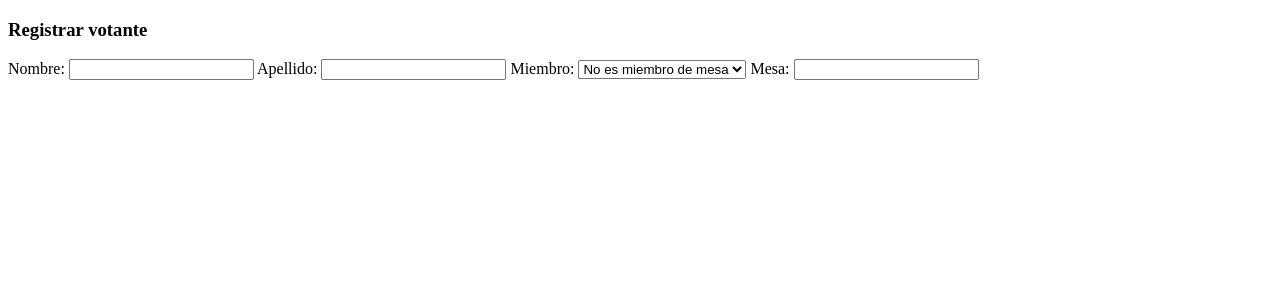
Repository: quino22/ulasalle
Page: ev3-70391273/war/registrar.html
The author's editor kept a copy of each file at every save. The page is drawn from the files as they stood at one save, then again after the next save.
The browser window is 1280 px wide. The pictures show the whole page.

Above is the page before, as saved 2016-11-04 21:10:55.

After the next save:
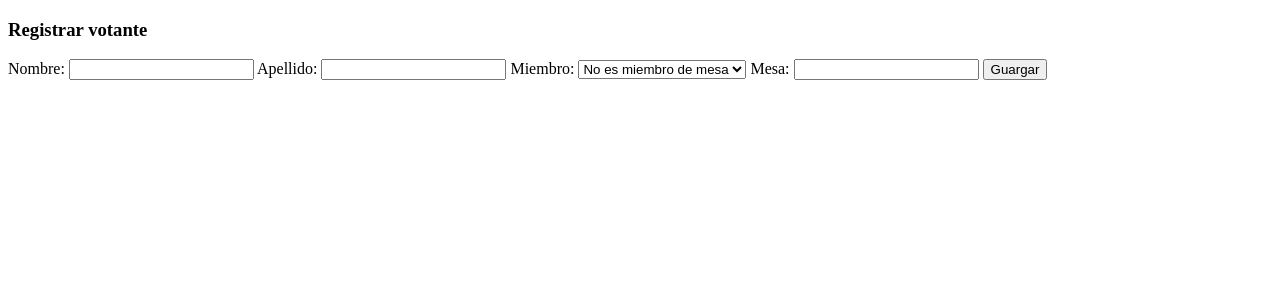
Saved 24 s later.
--- a/ev3-70391273/war/registrar.html
+++ b/ev3-70391273/war/registrar.html
@@ -15,6 +15,7 @@ Miembro:
 	<option value="si">Si en miembro de mesa</option>
 </select>
 Mesa: <input type="text" name="mesa">
+<input type="submit" value="Guargar">
 </form>
 </body>
 </html>
